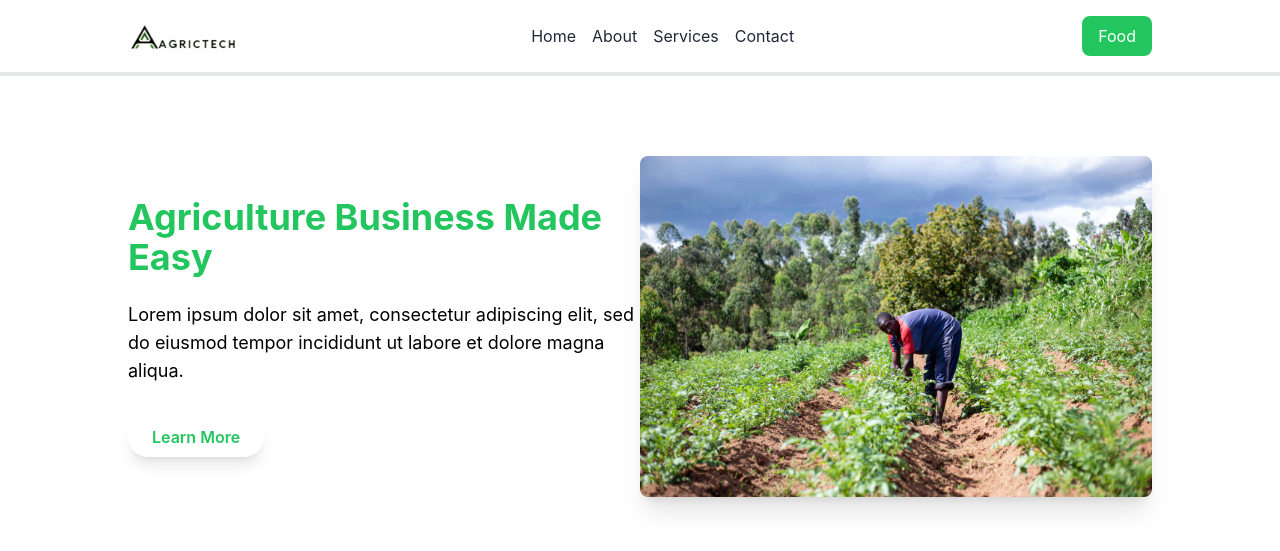
Repository: akinolapo/agric-tech
Page: /
These files come from the project's save history. The page is drawn as it stood at one moment and after the next save; the edit follows.
The browser window is 1280 px wide. The pictures show the whole page.
The project was rebuilt for these pictures with package versions that can differ from the ones it lists, and the page was loaded fresh each time.

Above is the page before, as saved 2023-05-27 00:16:47.

After the next save:
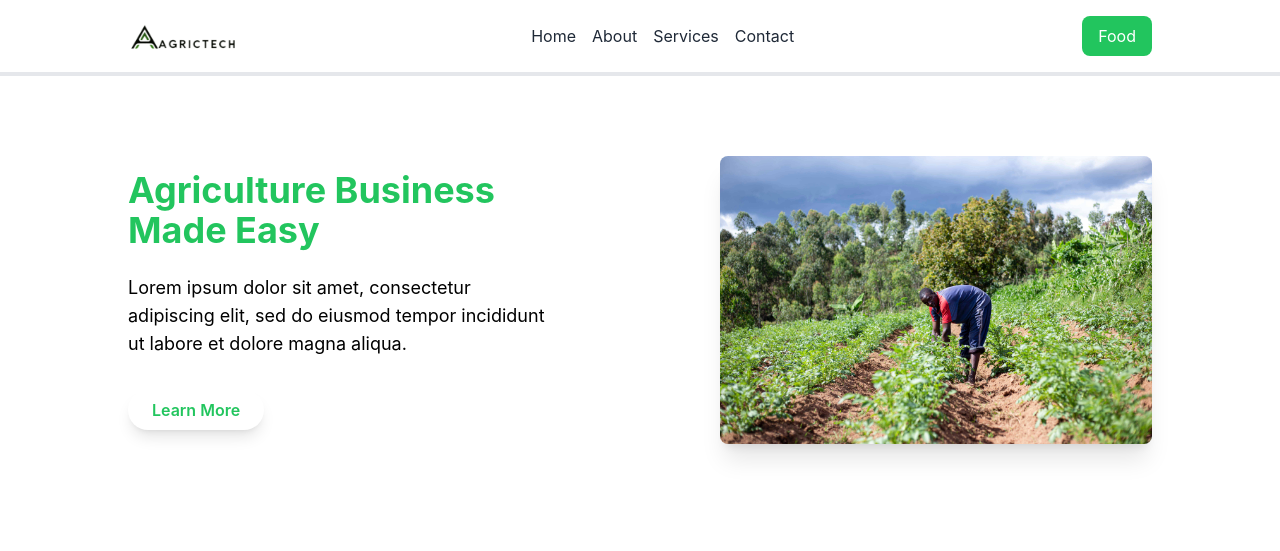
Saved 6 s later.
--- a/src/components/Hero.jsx
+++ b/src/components/Hero.jsx
@@ -3,7 +3,7 @@
 const Hero = () => {
   return (
     <section className="bg-white text-black py-20 px-5 sm:px-32">
-      <div className="container mx-auto flex flex-col lg:flex-row items-center gap">
+      <div className="container mx-auto flex flex-col lg:flex-row items-center gap-40">
         <div className="lg:w-1/2">
           <h1 className="text-4xl font-bold mb-6 text-green-500">Agriculture Business Made Easy</h1>
           <p className="text-lg mb-8">Lorem ipsum dolor sit amet, consectetur adipiscing elit, sed do eiusmod tempor incididunt ut labore et dolore magna aliqua.</p>
